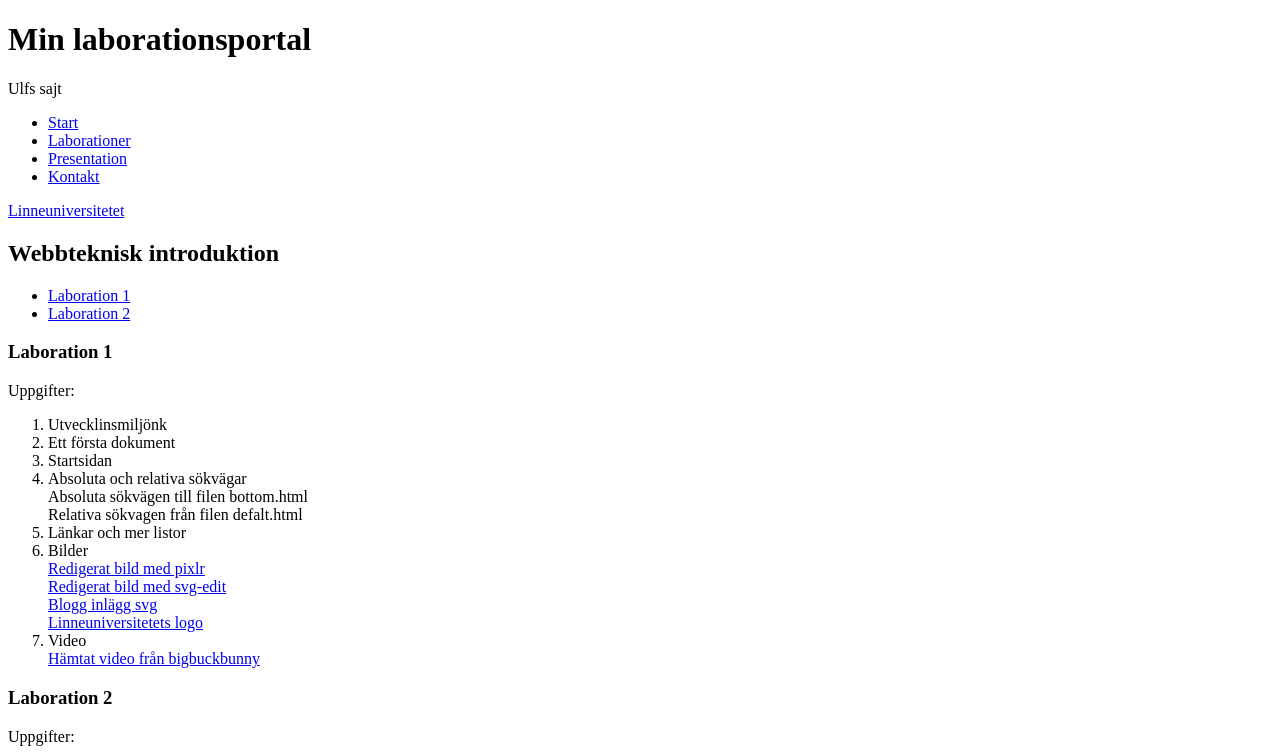
Repository: ulfek/laborationer
Page: pages/laborationer.html
The author's editor kept a record of every edit. The page is drawn from the files as they stood at one moment, then again after the next edit.
The browser window is 1280 px wide. The pictures show the whole page.

Above is the page before.

### pages/laborationer.html
<!doctype html>
    <head>
        <meta charset="utf-8" />
        <title>Laborationer</title>
    </head>
    <body>
        <h1>Min laborationsportal</h1>
        <p>Ulfs sajt</p>
        <ul>
            <li><a href="../index.html">Start</a></li>
            <li><a href="#">Laborationer</a></li>
            <li><a href="presentation.html">Presentation</a></li>
            <li><a href="kontakt.html">Kontakt</a></li>
        </ul>
        <a href="laborationer.html#linneuniversitetet">Linneuniversitetet</a>
        <h2>Webbteknisk introduktion</h2>
        <ul>
            <li><a href="#lab1">Laboration 1</a></li>
            <li><a href= "#lab2">Laboration 2</a></li>
        </ul>
        <h3 id="lab1">Laboration 1</h3>
        Uppgifter:
        <ol>
            <li>Utvecklinsmiljönk</li>
            <li>Ett första dokument</li>
            <li>Startsidan</li>
            <li>Absoluta och relativa sökvägar</li>
                <div>Absoluta sökvägen till filen bottom.html</div>
                <div>Relativa sökvagen från filen defalt.html</div>
            <li>Länkar och mer listor</li>
            <li>Bilder</li>
            <div><a href="http://pixlr.com>">Redigerat bild med pixlr</a></div>
            <div><a href="http://svg-edit.googlecode.com/svn/trunk/editor/svg-editor.html">Redigerat bild med svg-edit</a></div>
            <div><a href="../index.html#svg">Blogg inlägg svg</a></div>
            <a href="../pics/logo_linneuniversitetet_test.png">Linneuniversitetets logo</a>
            <li>Video</li>
            <a href=" http://www.bigbuckbunny.org ">Hämtat video från bigbuckbunny</a>
            <div><a =href=""></a></div>
        </ol>

        <h3 id="lab2">Laboration 2</h3>
        Uppgifter:
    </body>
</html>

After the next edit:
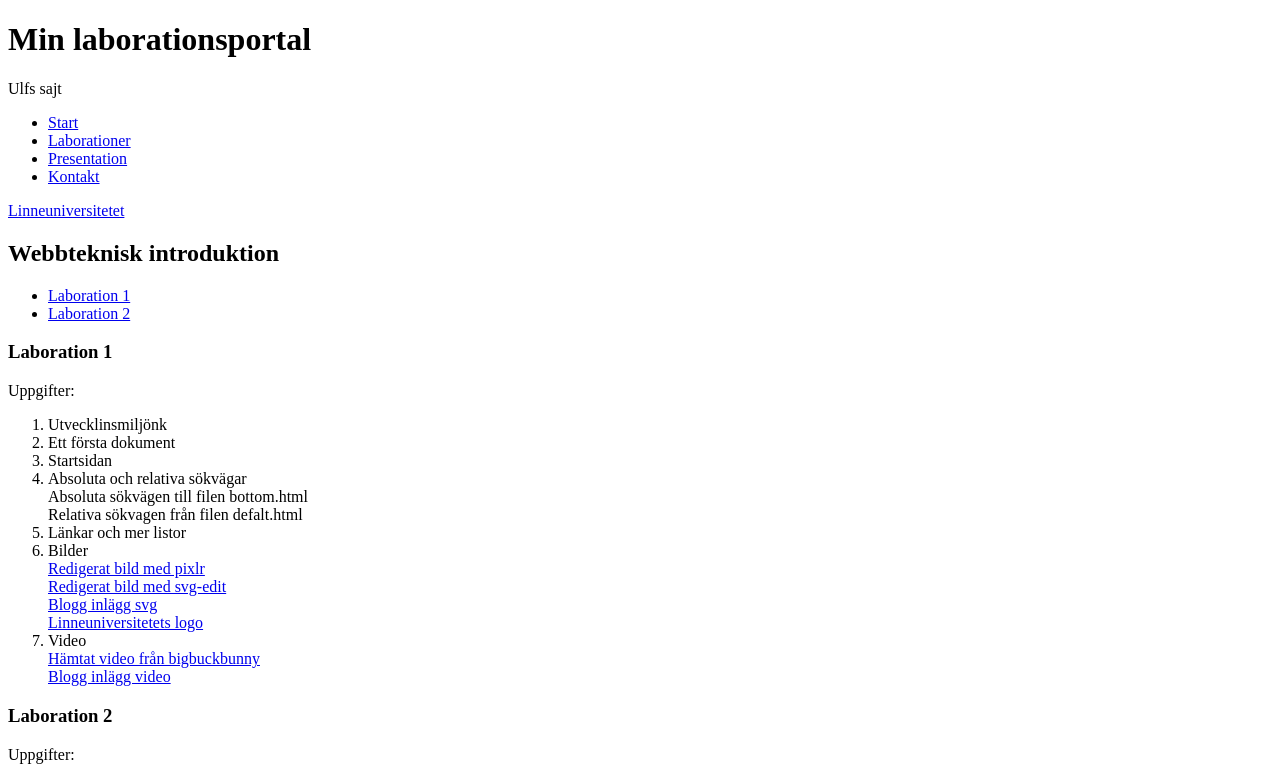
The edit:
--- a/pages/laborationer.html
+++ b/pages/laborationer.html
@@ -34,8 +34,8 @@
             <div><a href="../index.html#svg">Blogg inlägg svg</a></div>
             <a href="../pics/logo_linneuniversitetet_test.png">Linneuniversitetets logo</a>
             <li>Video</li>
-            <a href=" http://www.bigbuckbunny.org ">Hämtat video från bigbuckbunny</a>
-            <div><a =href=""></a></div>
+            <a href="http://www.bigbuckbunny.org">Hämtat video från bigbuckbunny</a>
+            <div><a href="../index.html#video">Blogg inlägg video</a></div>
         </ol>
 
         <h3 id="lab2">Laboration 2</h3>
